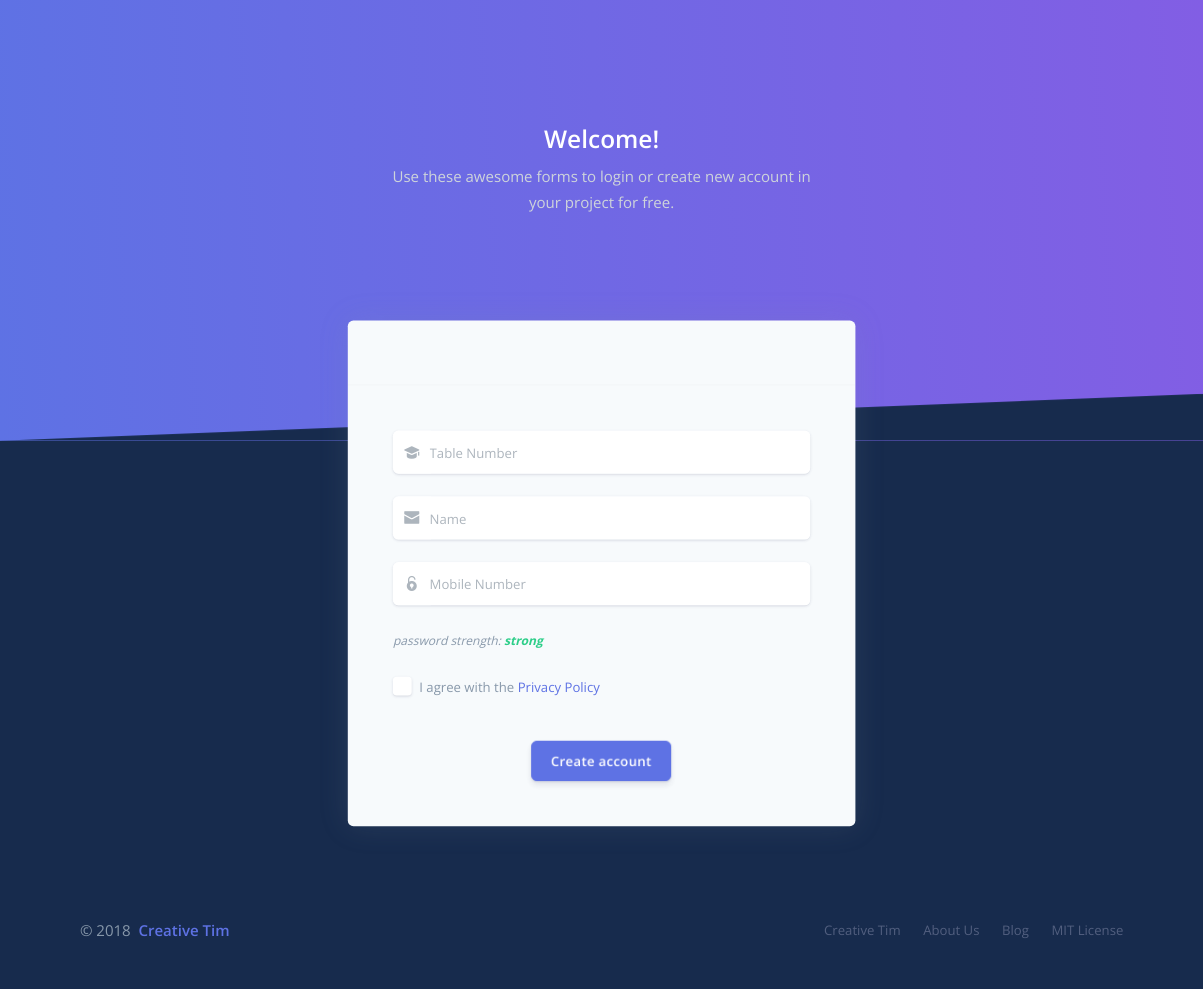
Repository: Hareeshgoli/restuarnt
Page: http://localhost/Items
The author's editor kept a copy of each file at every save. The page is drawn from the files as they stood at one save, then again after the next save.
The browser window is 1280 px wide. The pictures show the whole page, at 94% of full size.
The page is this project's Thymeleaf template; nobody is signed in. The template is opened directly, without the code that normally fills it, so the values that code supplies are empty.

Above is the page before, as saved 2020-02-28 08:56:43.

### resturant/src/main/resources/templates/Items.html
<!--

=========================================================
* Argon Dashboard - v1.1.2
=========================================================

* Product Page: https://www.creative-tim.com/product/argon-dashboard
* Copyright 2020 Creative Tim (https://www.creative-tim.com)
* Licensed under MIT (https://github.com/creativetimofficial/argon-dashboard/blob/master/LICENSE.md)

* Coded by Creative Tim

=========================================================

* The above copyright notice and this permission notice shall be included in all copies or substantial portions of the Software. -->
<!DOCTYPE html>
<html lang="en">

<head>
  <meta charset="utf-8" />
  <meta name="viewport" content="width=device-width, initial-scale=1, shrink-to-fit=no">
  <title>
    Argon Dashboard - Free Dashboard for Bootstrap 4 by Creative Tim
  </title>
  <!-- Favicon -->
  <link href="../assets/img/brand/favicon.png" rel="icon" type="image/png">
  <!-- Fonts -->
  <link href="https://fonts.googleapis.com/css?family=Open+Sans:300,400,600,700" rel="stylesheet">
  <!-- Icons -->
  <link href="../assets/js/plugins/nucleo/css/nucleo.css" rel="stylesheet" />
  <link href="../assets/js/plugins/@fortawesome/fontawesome-free/css/all.min.css" rel="stylesheet" />
  <!-- CSS Files -->
  <link href="../assets/css/argon-dashboard.css?v=1.1.2" rel="stylesheet" />
</head>

<body class="bg-default">
  <div class="main-content">
    <!-- Navbar -->
    <!-- <nav class="navbar navbar-top navbar-horizontal navbar-expand-md navbar-dark">
      <div class="container px-4">
        <a class="navbar-brand" href="../index.html">
          <img src="../assets/img/brand/white.png" />
        </a>
        <button class="navbar-toggler" type="button" data-toggle="collapse" data-target="#navbar-collapse-main" aria-controls="navbarSupportedContent" aria-expanded="false" aria-label="Toggle navigation">
          <span class="navbar-toggler-icon"></span>
        </button>
        <div class="collapse navbar-collapse" id="navbar-collapse-main">
          Collapse header
          <div class="navbar-collapse-header d-md-none">
            <div class="row">
              <div class="col-6 collapse-brand">
                <a href="../index.html">
                  <img src="../assets/img/brand/blue.png">
                </a>
              </div>
              <div class="col-6 collapse-close">
                <button type="button" class="navbar-toggler" data-toggle="collapse" data-target="#navbar-collapse-main" aria-controls="sidenav-main" aria-expanded="false" aria-label="Toggle sidenav">
                  <span></span>
                  <span></span>
                </button>
              </div>
            </div>
          </div>
          Navbar items
          <ul class="navbar-nav ml-auto">
            <li class="nav-item">
              <a class="nav-link nav-link-icon" href="../index.html">
                <i class="ni ni-planet"></i>
                <span class="nav-link-inner--text">Dashboard</span>
              </a>
            </li>
            <li class="nav-item">
              <a class="nav-link nav-link-icon" href="../examples/register.html">
                <i class="ni ni-circle-08"></i>
                <span class="nav-link-inner--text">Register</span>
              </a>
            </li>
            <li class="nav-item">
              <a class="nav-link nav-link-icon" href="../examples/login.html">
                <i class="ni ni-key-25"></i>
                <span class="nav-link-inner--text">Login</span>
              </a>
            </li>
            <li class="nav-item">
              <a class="nav-link nav-link-icon" href="../examples/profile.html">
                <i class="ni ni-single-02"></i>
                <span class="nav-link-inner--text">Profile</span>
              </a>
            </li>
          </ul>
        </div>
      </div>
    </nav> -->
    <!-- Header -->
    <div class="header bg-gradient-primary py-7 py-lg-8">
      <div class="container">
        <div class="header-body text-center mb-7">
          <div class="row justify-content-center">
            <div class="col-lg-5 col-md-6">
              <h1 class="text-white">Welcome!</h1>
              <p class="text-lead text-light">Use these awesome forms to login or create new account in your project for free.</p>
            </div>
          </div>
        </div>
      </div>
      <div class="separator separator-bottom separator-skew zindex-100">
        <svg x="0" y="0" viewBox="0 0 2560 100" preserveAspectRatio="none" version="1.1" xmlns="http://www.w3.org/2000/svg">
          <polygon class="fill-default" points="2560 0 2560 100 0 100"></polygon>
        </svg>
      </div>
    </div>
    <!-- Page content -->
    <div class="container mt--8 pb-5">
      <!-- Table -->
      <div class="row justify-content-center">
        <div class="col-lg-6 col-md-8">
          <div class="card bg-secondary shadow border-0">
            <div class="card-header bg-transparent pb-5">
            </div>
            <div class="card-body px-lg-5 py-lg-5">
              <form action="customerDashboard" method="post" role="form">
                <div class="form-group">
                  <div class="input-group input-group-alternative mb-3">
                    <div class="input-group-prepend">
                      <span class="input-group-text"><i class="ni ni-hat-3"></i></span>
                    </div>
                    <input class="form-control" placeholder="Table Number" type="text">
                  </div>
                </div>
                <div class="form-group">
                  <div class="input-group input-group-alternative mb-3">
                    <div class="input-group-prepend">
                      <span class="input-group-text"><i class="ni ni-email-83"></i></span>
                    </div>
                    <input class="form-control" placeholder="Name" type="Name">
                  </div>
                </div>
                <div class="form-group">
                  <div class="input-group input-group-alternative">
                    <div class="input-group-prepend">
                      <span class="input-group-text"><i class="ni ni-lock-circle-open"></i></span>
                    </div>
                    <input class="form-control" placeholder="Mobile Number" type="Mobile Number">
                  </div>
                </div>
                <div class="text-muted font-italic"><small>password strength: <span class="text-success font-weight-700">strong</span></small></div>
                <div class="row my-4">
                  <div class="col-12">
                    <div class="custom-control custom-control-alternative custom-checkbox">
                      <input class="custom-control-input" id="customCheckRegister" type="checkbox">
                      <label class="custom-control-label" for="customCheckRegister">
                        <span class="text-muted">I agree with the <a href="#!">Privacy Policy</a></span>
                      </label>
                    </div>
                  </div>
                </div>
                <div class="text-center">
                  <button type="button" class="btn btn-primary mt-4">Create account</button>
                </div>
              </form>
            </div>
          </div>
        </div>
      </div>
    </div>
  </div>
  <!-- Footer -->
  <footer class="py-5">
    <div class="container">
      <div class="row align-items-center justify-content-xl-between">
        <div class="col-xl-6">
          <div class="copyright text-center text-xl-left text-muted">
            &copy; 2018 <a href="https://www.creative-tim.com" class="font-weight-bold ml-1" target="_blank">Creative Tim</a>
          </div>
        </div>
        <div class="col-xl-6">
          <ul class="nav nav-footer justify-content-center justify-content-xl-end">
            <li class="nav-item">
              <a href="https://www.creative-tim.com" class="nav-link" target="_blank">Creative Tim</a>
            </li>
            <li class="nav-item">
              <a href="https://www.creative-tim.com/presentation" class="nav-link" target="_blank">About Us</a>
            </li>
            <li class="nav-item">
              <a href="http://blog.creative-tim.com" class="nav-link" target="_blank">Blog</a>
            </li>
            <li class="nav-item">
              <a href="https://github.com/creativetimofficial/argon-dashboard/blob/master/LICENSE.md" class="nav-link" target="_blank">MIT License</a>
            </li>
          </ul>
        </div>
      </div>
    </div>
  </footer>
  </div>
  <!--   Core   -->
  <script src="../assets/js/plugins/jquery/dist/jquery.min.js"></script>
  <script src="../assets/js/plugins/bootstrap/dist/js/bootstrap.bundle.min.js"></script>
  <!--   Optional JS   -->
  <!--   Argon JS   -->
  <script src="../assets/js/argon-dashboard.min.js?v=1.1.2"></script>
  <script src="https://cdn.trackjs.com/agent/v3/latest/t.js"></script>

  <script>
    window.TrackJS &&
      TrackJS.install({
        token: "ee6fab19c5a04ac1a32a645abde4613a",
        application: "argon-dashboard-free"
      });
  </script>
</body>

</html>

Loaded but not shown: resturant/src/main/resources/static/assets/js/plugins/nucleo/css/nucleo.css (library); resturant/src/main/resources/static/assets/js/plugins/@fortawesome/fontawesome-free/css/all.min.css (library); resturant/src/main/resources/static/assets/css/argon-dashboard.css (library); resturant/src/main/resources/static/assets/js/plugins/jquery/dist/jquery.min.js (library); resturant/src/main/resources/static/assets/js/plugins/bootstrap/dist/js/bootstrap.bundle.min.js (library); resturant/src/main/resources/static/assets/js/argon-dashboard.min.js (library)

After the next save:
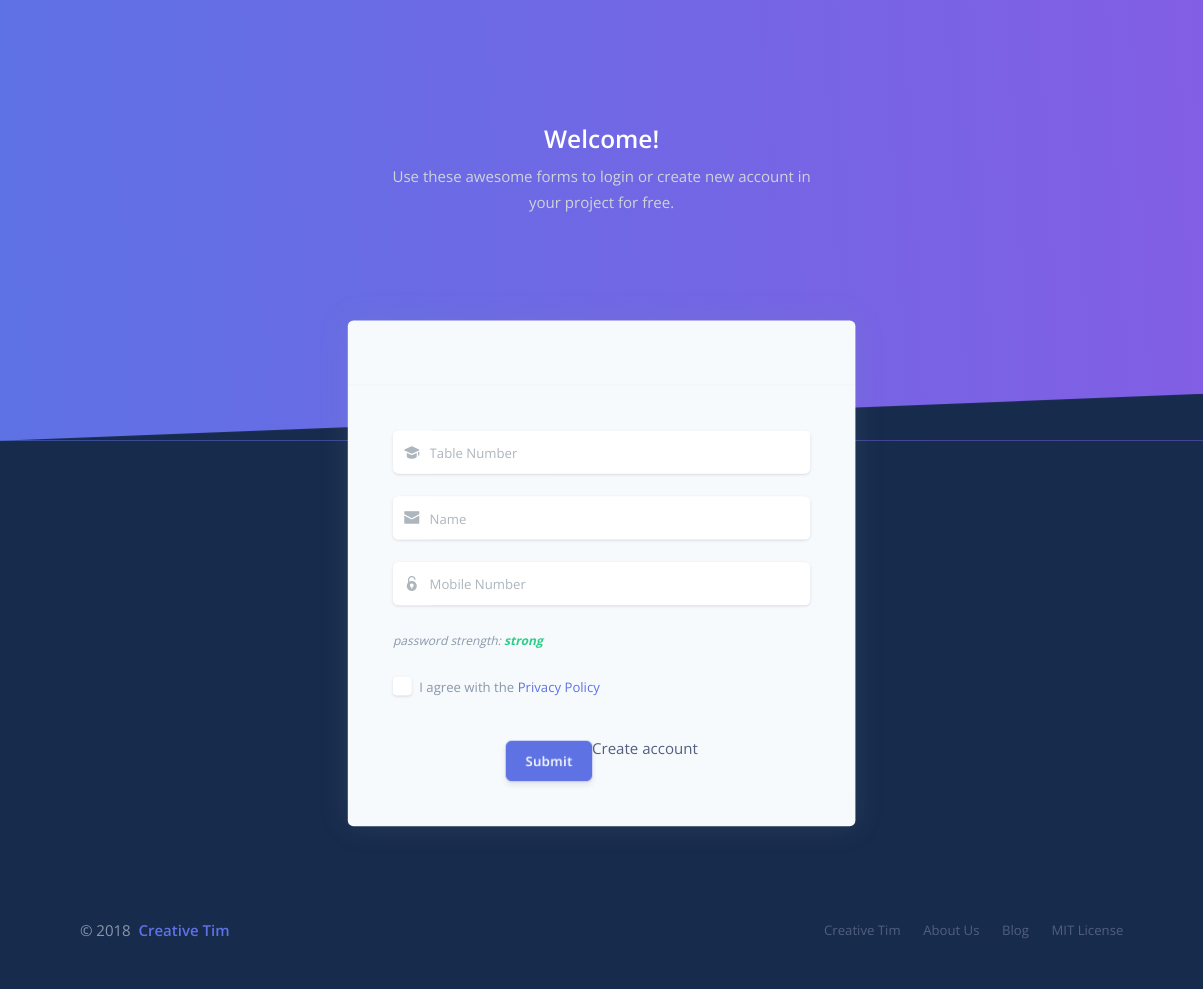
Saved 59 s later.
--- a/resturant/src/main/resources/templates/Items.html
+++ b/resturant/src/main/resources/templates/Items.html
@@ -155,7 +155,7 @@
                   </div>
                 </div>
                 <div class="text-center">
-                  <button type="button" class="btn btn-primary mt-4">Create account</button>
+                  <input type="submit" class="btn btn-primary mt-4">Create account</input>
                 </div>
               </form>
             </div>
